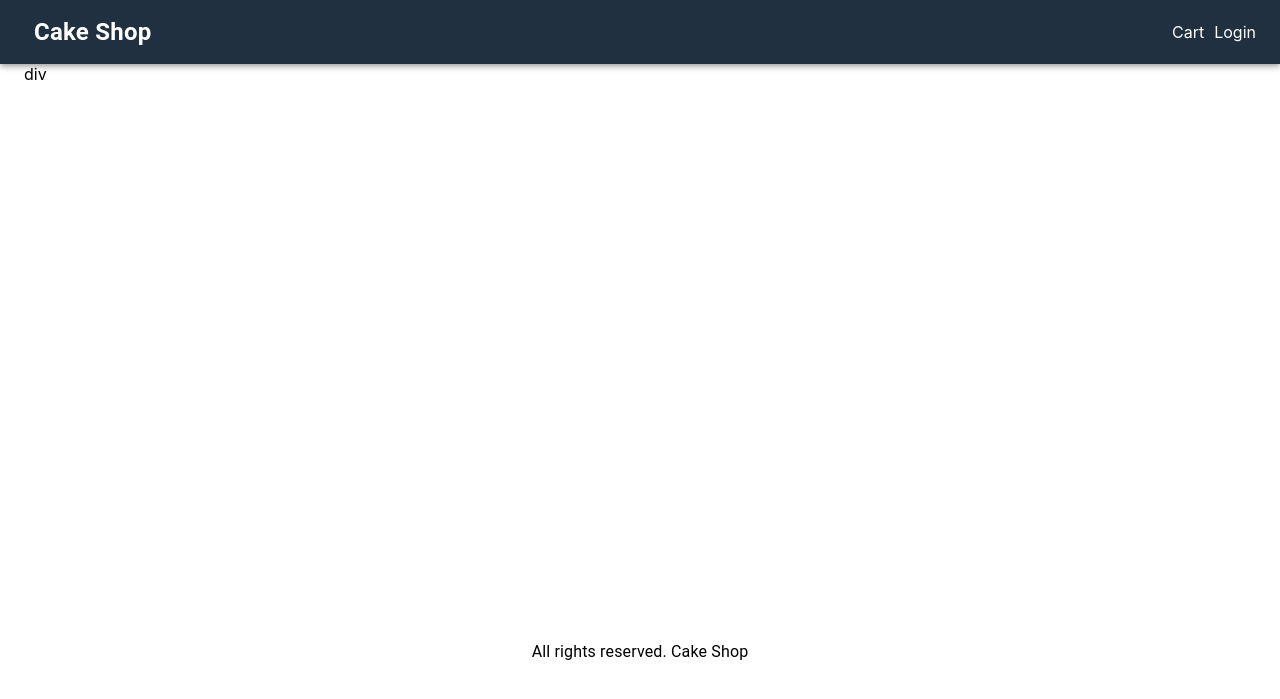
Repository: exiled-kal/NextJsShop
Page: /product/classic-pants
The author's editor kept a copy of each file at every save. The page is drawn from the files as they stood at one save, then again after a run of saves.
The browser window is 1280 px wide. The pictures show the whole page.
The project was rebuilt for these pictures with package versions that can differ from the ones it lists, and the page was loaded fresh each time. The framework's server and built-in components were replaced by stand-ins that run in the browser. Also part of the build but not shown: next.config.js.

Above is the page before, as saved 2021-08-24 22:40:54.

### pages/_app.js
import { useEffect } from "react";
import "../styles/globals.css";

function MyApp({ Component, pageProps }) {
  useEffect(() => {
    const jssStyles = document.querySelector("#jss-server-side");
    if (jssStyles) {
      jssStyles.parentElement.removeChild(jssStyles);
    }
  }, []);

  return <Component {...pageProps} />;
}

export default MyApp;

### pages/product/[slug].js
import React from "react";
import { useRouter } from "next/router";
import data from "../../utils/data";
import Layout from "../../components/Layout";

export default function ProductScreen() {
  const router = useRouter();
  const { slug } = router.query;
  const product = data.products.find((a) => a.slug === slug);
  if (!product) {
    return <div>Product Not Found</div>;
  }
  return <Layout title={product.name}>
      div
  </Layout>;
}

### utils/data.js
const data = {
  products: [
    {
      name: "Free Shirt",
      slug: "free-shirt",
      category: "Shirts",
      image: "/images/shirt1.jpg",
      price: 70,
    },
    {
      name: "Fit Shirt",
      slug: "fit-shirt",
      category: "Shirts",
      image: "/images/shirt2.jpg",
      price: 80,
    },
    {
      name: "Slim Shirt",
      slug: "slim-shirt",
      category: "Shirts",
      image: "/images/shirt3.jpg",
      price: 90,
    },
    {
      name: "Golf Pants",
      slug: "golf-pants",
      category: "Pants",
      image: "/images/pants1.jpg",
      price: 90,
    },
    {
      name: "Fit Pants",
      slug: "fit-pants",
      category: "Pants",
      image: "/images/pants2.jpg",
      price: 95,
    },
    {
      name: "Classic Pants",
      slug: "classic-pants",
      category: "Pants",
      image: "/images/pants3.jpg",
      price: 75,
      brand: "Casely",
      rating: 4.5,
      numReviews: 10,
      countInStock: 20,
      description: "A popular pants",
    },
  ],
};

export default data;

### components/Layout.js
import {
  AppBar,
  Container,
  Link,
  Toolbar,
  Typography,
} from "@material-ui/core";
import Head from "next/head";
import React from "react";
import NextLink from "next/link";
import useStyles from "../utils/styles";

function Layout({ children }) {
  const classes = useStyles();

  return (
    <div>
      <Head>
        <title>My Cake Shop</title>
      </Head>
      <AppBar position="static" className={classes.navbar}>
        <Toolbar>
          <NextLink href="/" passHref>
            <Link>
              <Typography className={classes.brand}>Cake Shop</Typography>
            </Link>
          </NextLink>
          <div className={classes.grow}></div>
          <div>
            <NextLink href="/cart" passHref>
              <Link>Cart</Link>
            </NextLink>
            <NextLink href="/login" passHref>
              <Link>Login</Link>
            </NextLink>
          </div>
        </Toolbar>
      </AppBar>
      <Container className={classes.main}>{children}</Container>
      <footer>
        <Typography className={classes.footer}>
          All rights reserved. Cake Shop{" "}
        </Typography>
      </footer>
    </div>
  );
}

export default Layout;

### utils/styles.js
import { makeStyles } from "@material-ui/core";

const useStyles = makeStyles({
  navbar: {
    backgroundColor: "#203040",
    "& a": {
      color: "#ffffff",
      marginLeft: 10,
    },
  },
  grow: {
    flexGrow: 1,
  },
  brand: {
    fontWeight: "bold",
    fontSize: "1.5rem",
  },
  main: {
    minHeight: "80vh",
  },
  footer: {
    textAlign: "center",
  },
});
export default useStyles;

Loaded but not shown: styles/globals.css (common file)

After the next 8 saves:
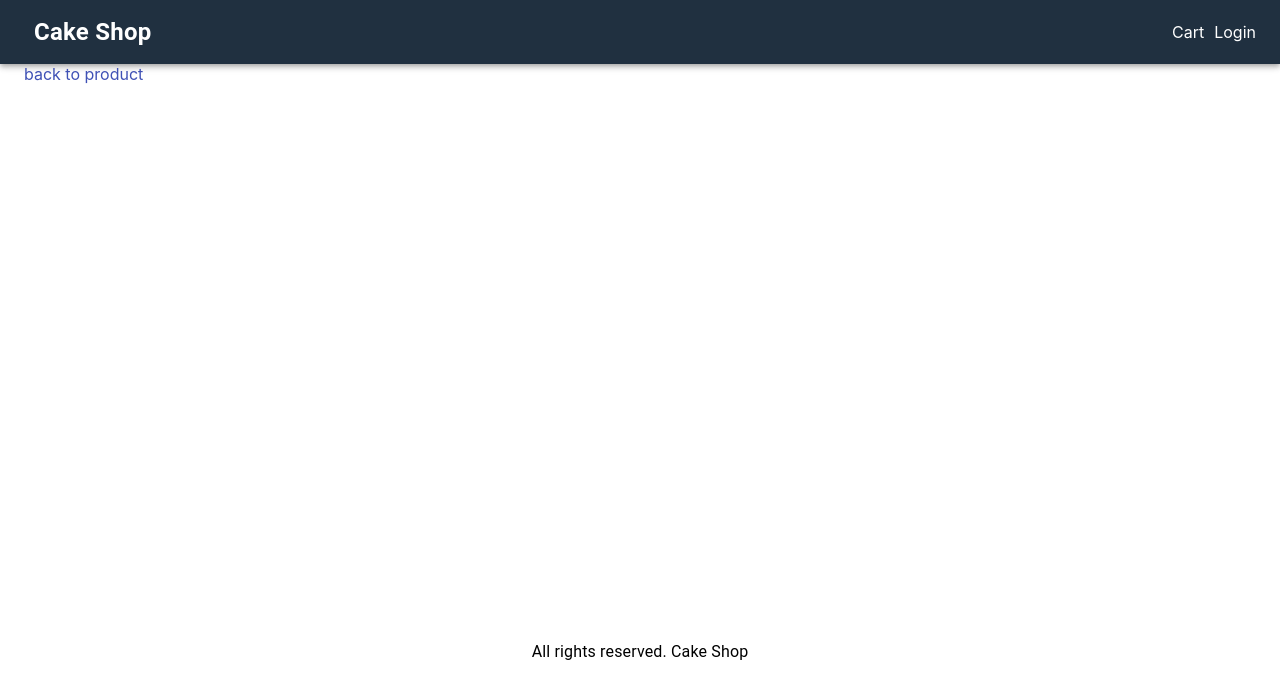
The 8 saves are shown as one change because 4 did not build or start and some came seconds apart.
The last was saved 48 s later.
--- a/pages/product/[slug].js
+++ b/pages/product/[slug].js
@@ -1,7 +1,9 @@
 import React from "react";
+import NextLink from "next/link";
 import { useRouter } from "next/router";
 import data from "../../utils/data";
 import Layout from "../../components/Layout";
+import { Link } from "@material-ui/core";
 
 export default function ProductScreen() {
   const router = useRouter();
@@ -10,7 +12,13 @@ export default function ProductScreen() {
   if (!product) {
     return <div>Product Not Found</div>;
   }
-  return <Layout title={product.name}>
-      div
-  </Layout>;
+  return (
+    <Layout title={product.name}>
+      <div>
+        <NextLink>
+          <Link>back to product</Link>
+        </NextLink>
+      </div>
+    </Layout>
+  );
 }
